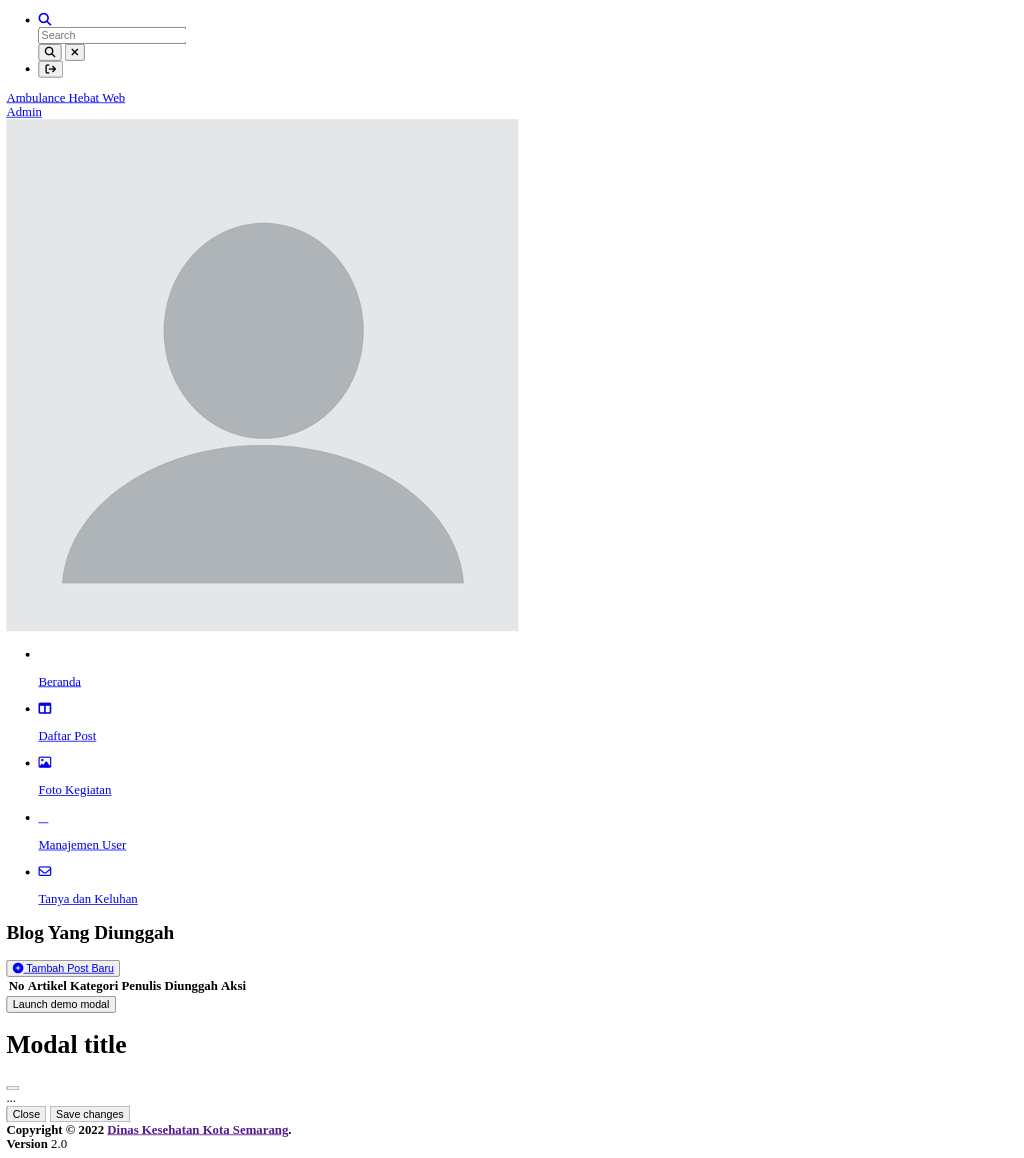
Repository: roningrum/admin-aha
Page: resources/views/dashboard/post/posts.blade.php
These files come from the project's save history. The page is drawn as it stood at one moment and after a run of saves; the edit follows.
The browser window is 1280 px wide. The pictures show the whole page, at 80% of full size.
Some icons come from a web library that is not loaded, so they are not drawn. Some web fonts or font styles are not loaded; a fallback is used. Some web libraries are served in a nearby version. The page is served by the project's Laravel application, run on PHP 8.4 with Laravel 8. The template is opened directly, without the code that normally fills it, so the values that code supplies are empty.

Above is the page before, as saved 2022-11-23 15:40:35.
Console error: ReferenceError: $ is not defined

After the next 2 saves:
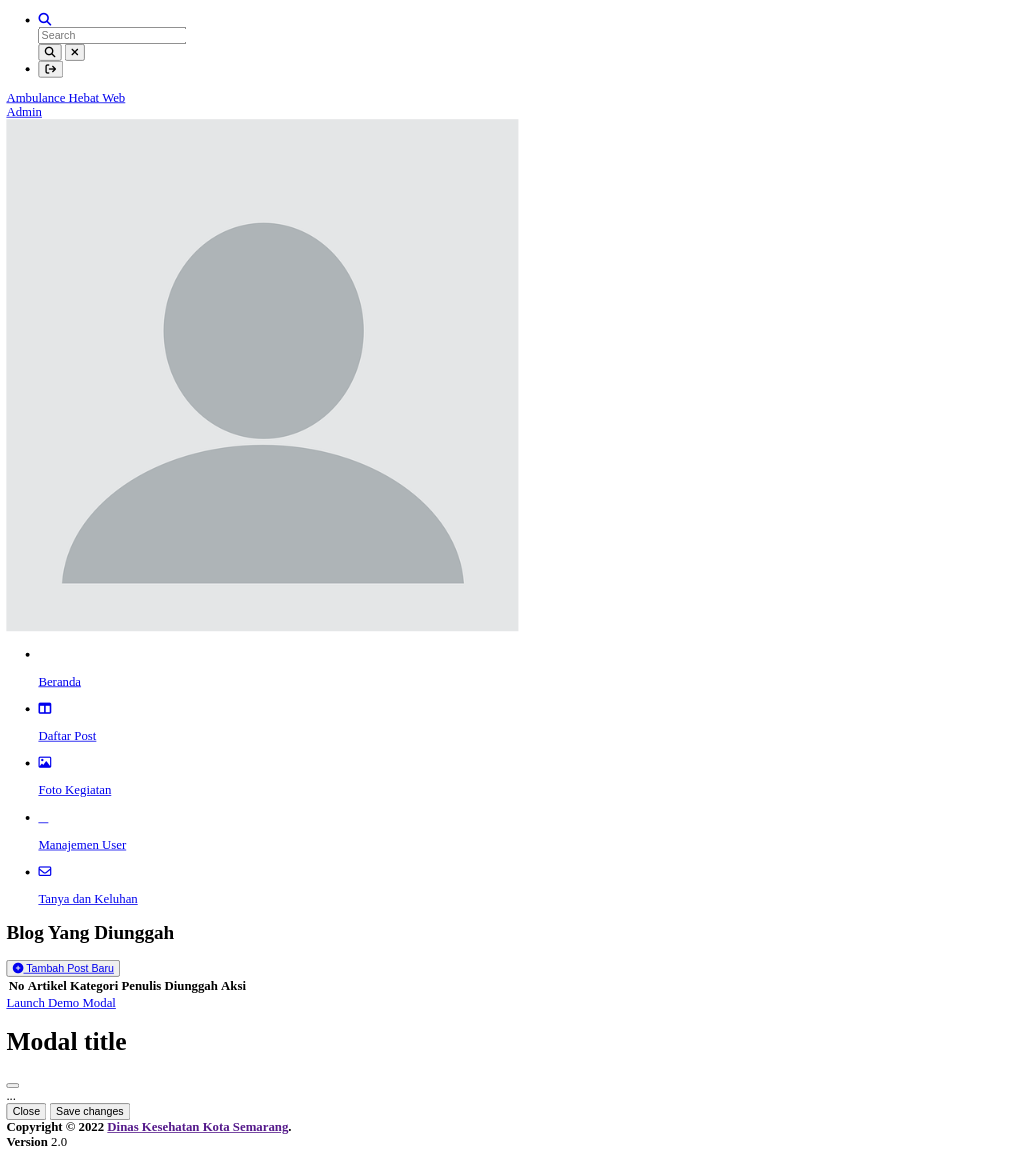
The 2 saves are shown as one change because they came seconds apart.
The last was saved 45 s later.
--- a/resources/views/dashboard/post/posts.blade.php
+++ b/resources/views/dashboard/post/posts.blade.php
@@ -69,9 +69,7 @@
         </section>
 
         <!-- Button trigger modal -->
-<button type="button" class="btn btn-primary" data-bs-toggle="modal" data-bs-target="#exampleModal">
-    Launch demo modal
-  </button>
+        <a href="#myModal" class="btn btn-lg btn-primary" data-bs-toggle="modal">Launch Demo Modal</a>
 
   <!-- Modal -->
   <div class="modal fade" id="exampleModal" tabindex="-1" aria-labelledby="exampleModalLabel" aria-hidden="true">
